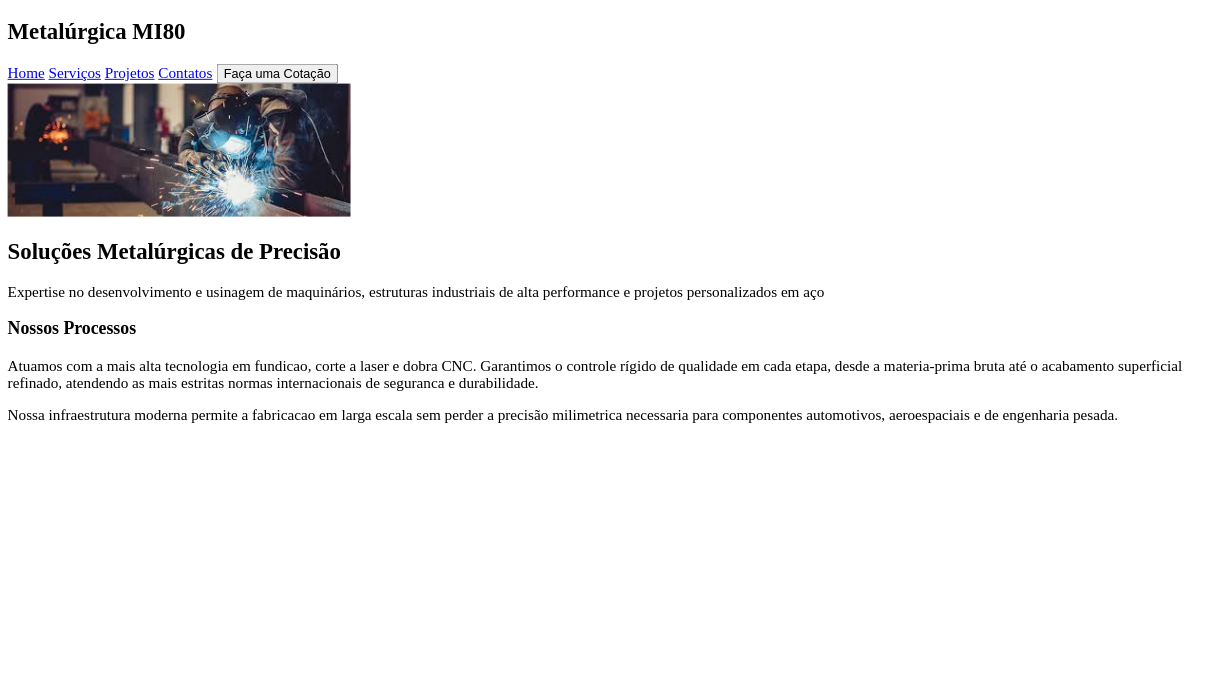
Repository: guiCherpinski/landing-page-metalurgica
Page: index.html
These files come from the project's save history. The page is drawn as it stood at one moment and after a run of saves; the edit follows.
The browser window is 1280 px wide. The pictures show the whole page, at 95% of full size.

Above is the page before, as saved 2026-06-03 18:45:40.

After the next 2 saves:
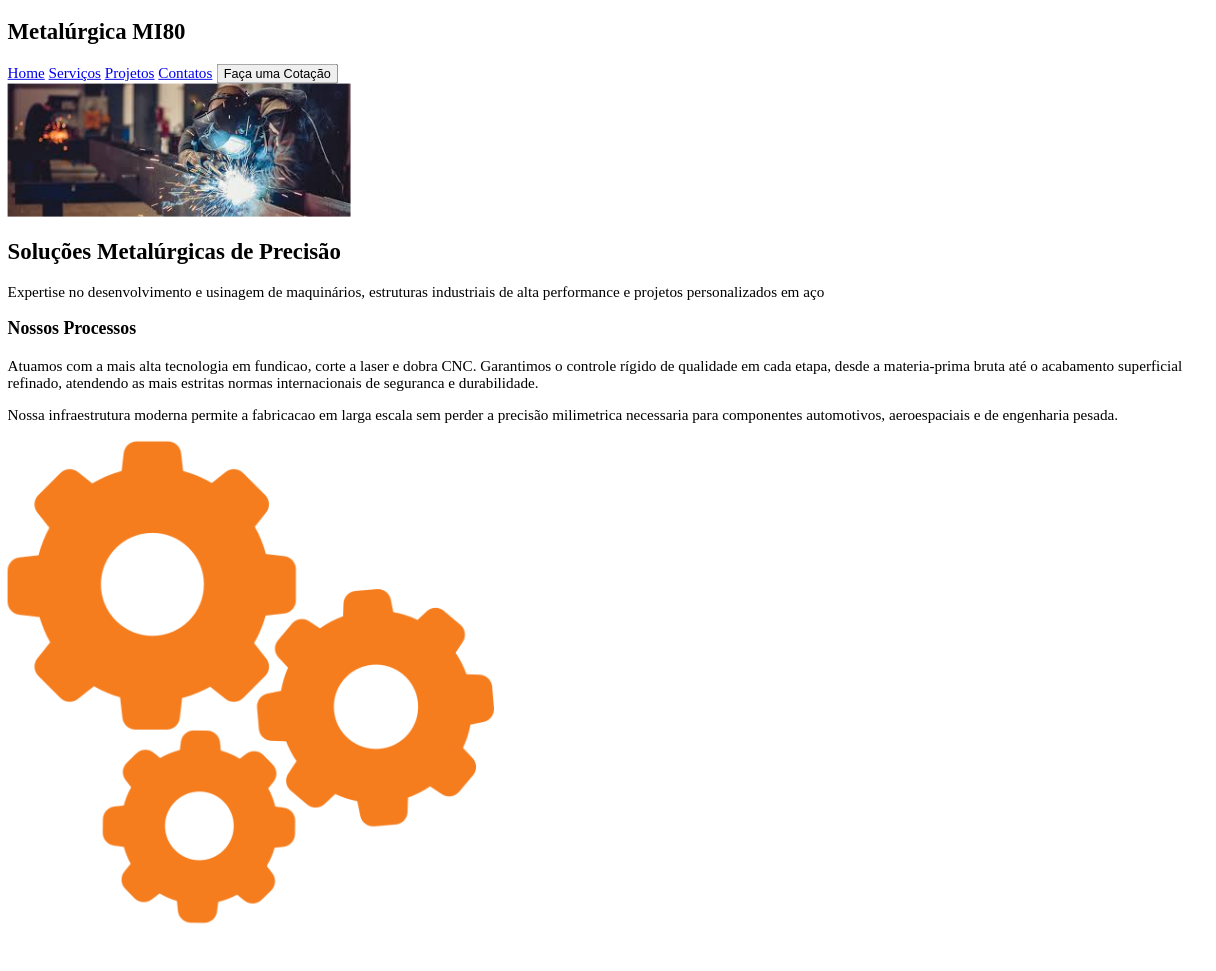
The 2 saves are shown as one change because they came seconds apart.
The last was saved 12 min 37 s later.
--- a/index.html
+++ b/index.html
@@ -45,7 +45,7 @@
 
 
         <article class = "article-benefits">
-            <img src="" alt="">
+            <img src="./img/settings-gears.png" alt="">
         </article>
 
         <article class = "article-process">
